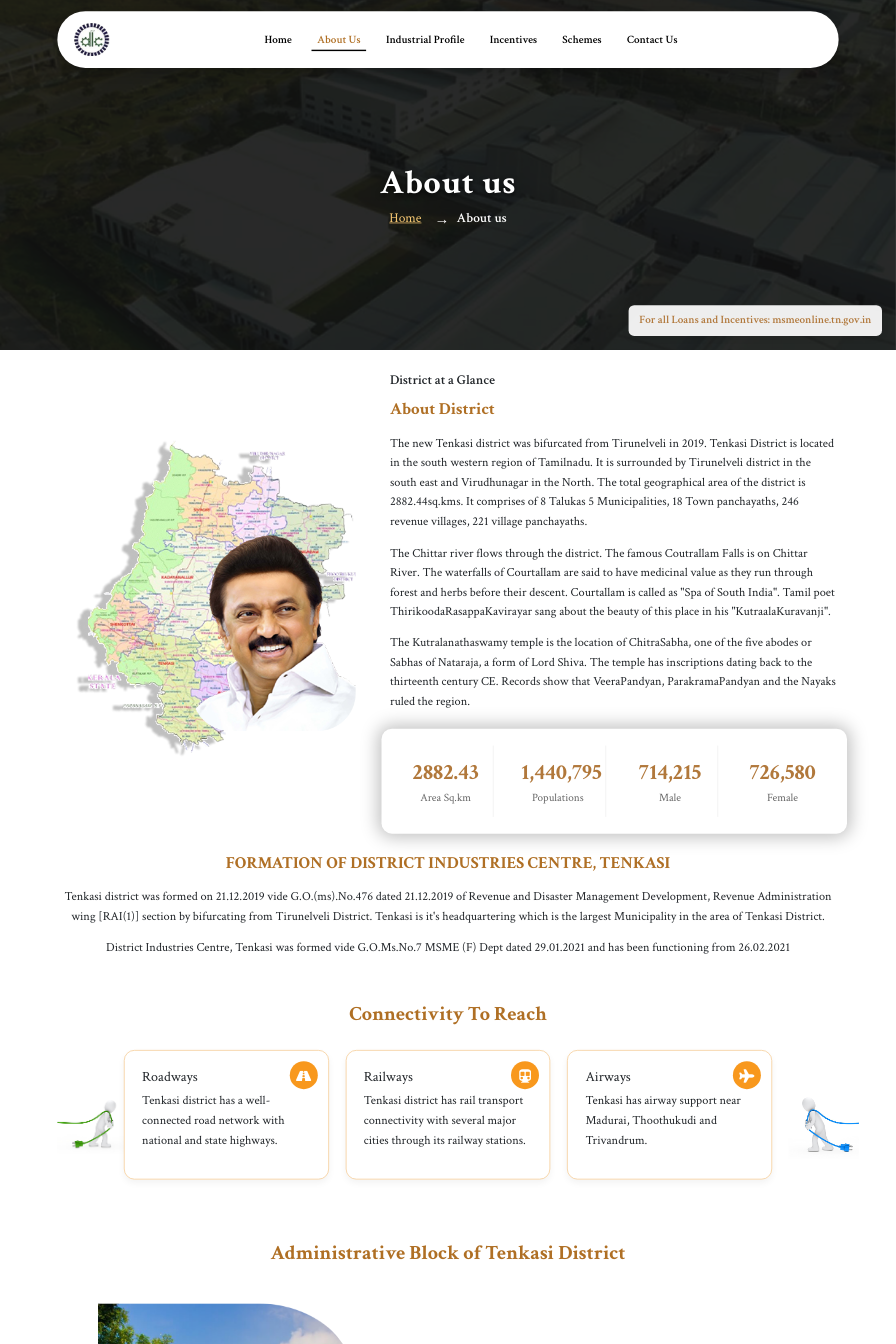
Repository: Brand-Mindz-Global-Technology-Pvt-Ltd/TenkasiDIC--FrontEnd
Page: About US/aboutus.html
The author's editor kept a copy of each file at every save. The page is drawn from the files as they stood at one save, then again after the next save.
The browser window is 1280 px wide. The pictures show the part of the page from y = 0 to 1920 px (the page is 2752 px tall before and 2781 px after), at 70% of full size.

Above is the page before, as saved 2025-07-09 11:32:14.

After the next save:
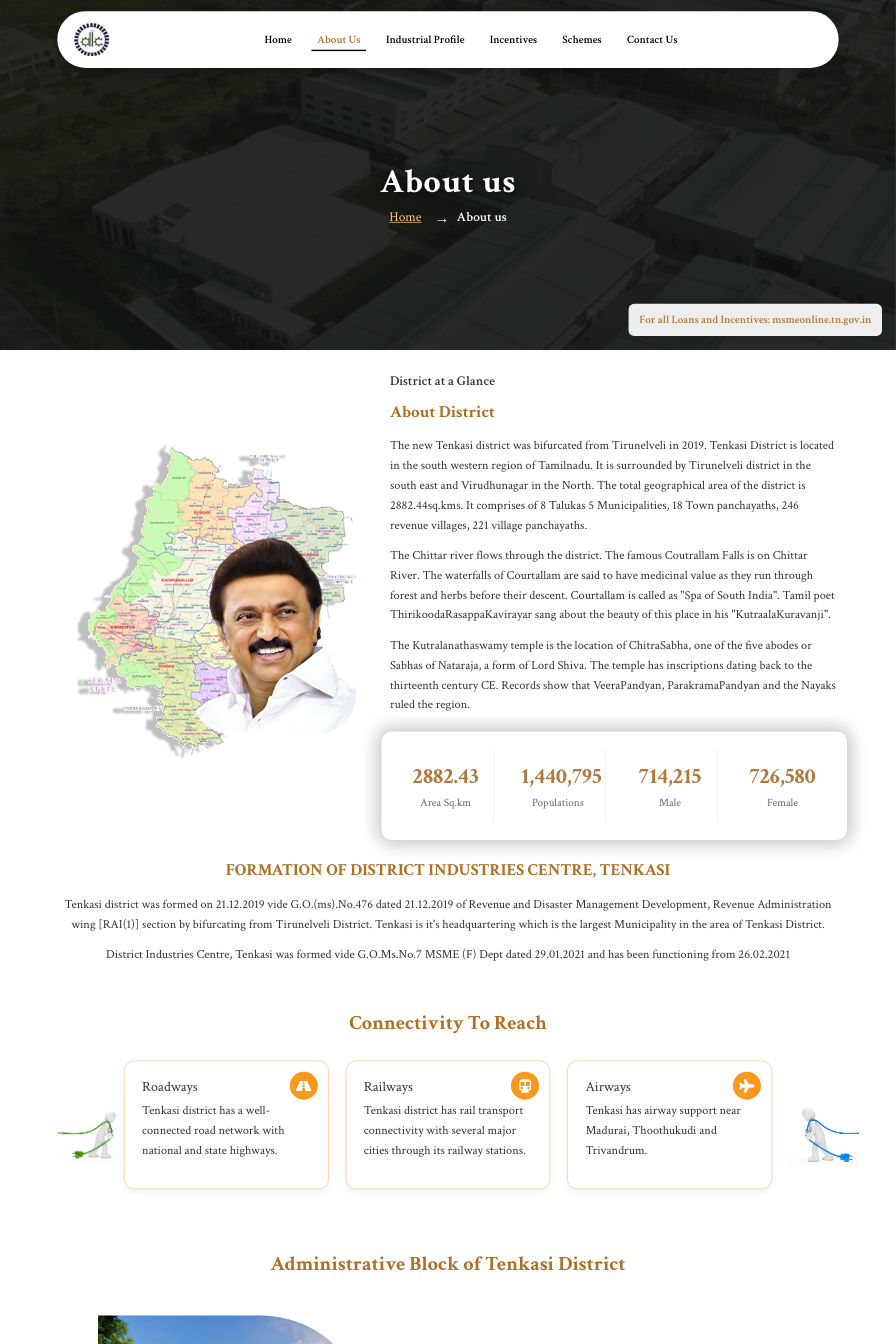
Saved 9 s later.
--- a/About US/aboutus.html
+++ b/About US/aboutus.html
@@ -10,6 +10,7 @@
   <link href="https://fonts.googleapis.com/css2?family=Crimson+Text:wght@400;600;700&display=swap" rel="stylesheet">
   <link rel="stylesheet" href="https://cdnjs.cloudflare.com/ajax/libs/font-awesome/5.15.4/css/all.min.css">
   <link rel="stylesheet" href="./aboutus.css">
+  <link rel="stylesheet" href="../global-styles.css">
   <link rel="icon" type="image/x-icon" href="../img/dic.ico">
 
 </head>
